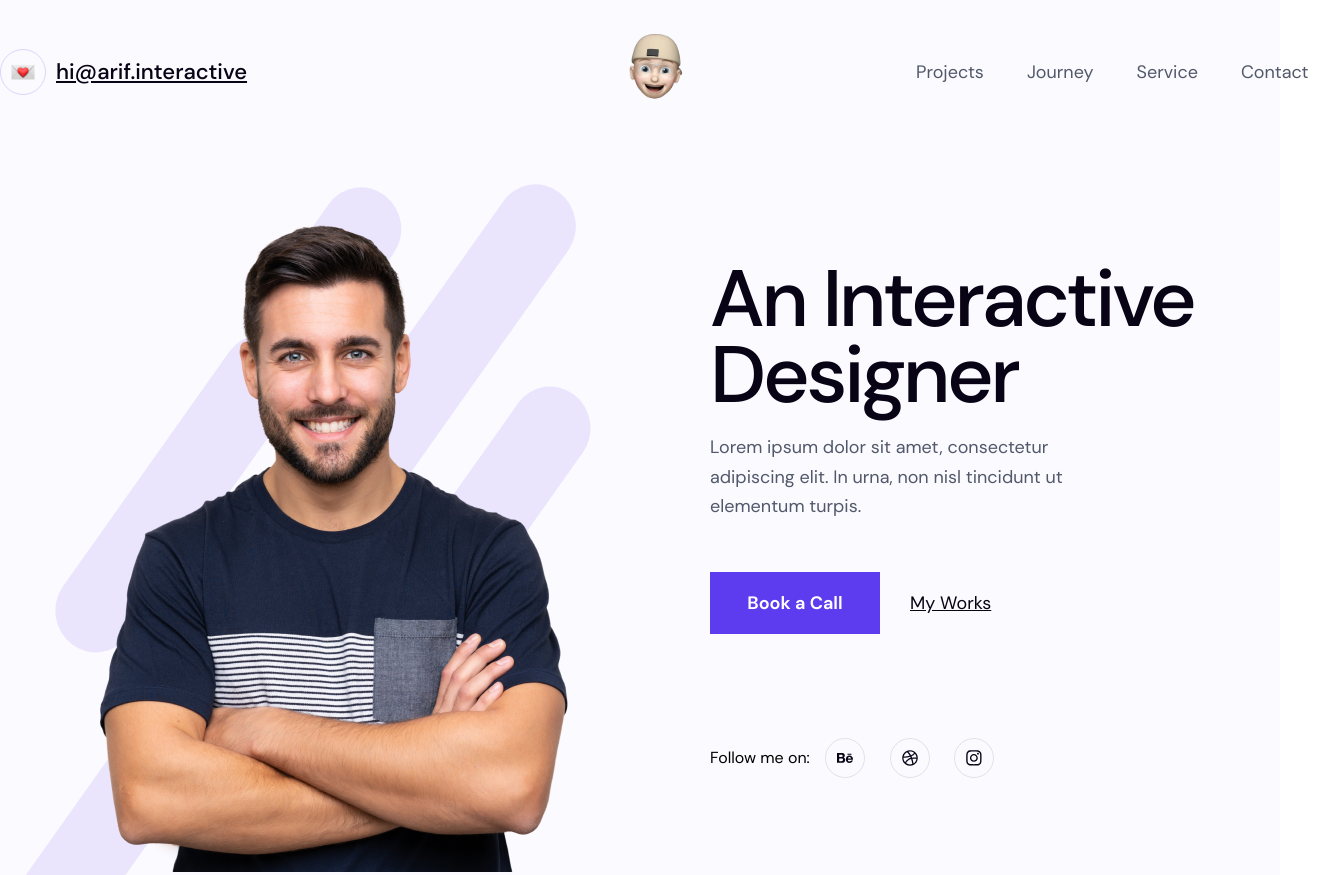
Repository: trantangtuan/project-06-grid-system12column-demo
Page: index.html
An editor plug-in stored every save of this project. The page is shown before and after the next save, followed by the edit.
The browser window is 1280 px wide. The page is 1330 px wide, so the pictures cover 1330 px, including what lies to the right of the window. The pictures show the whole page.

Above is the page before, as saved 2024-07-13 21:05:11.

After the next save:
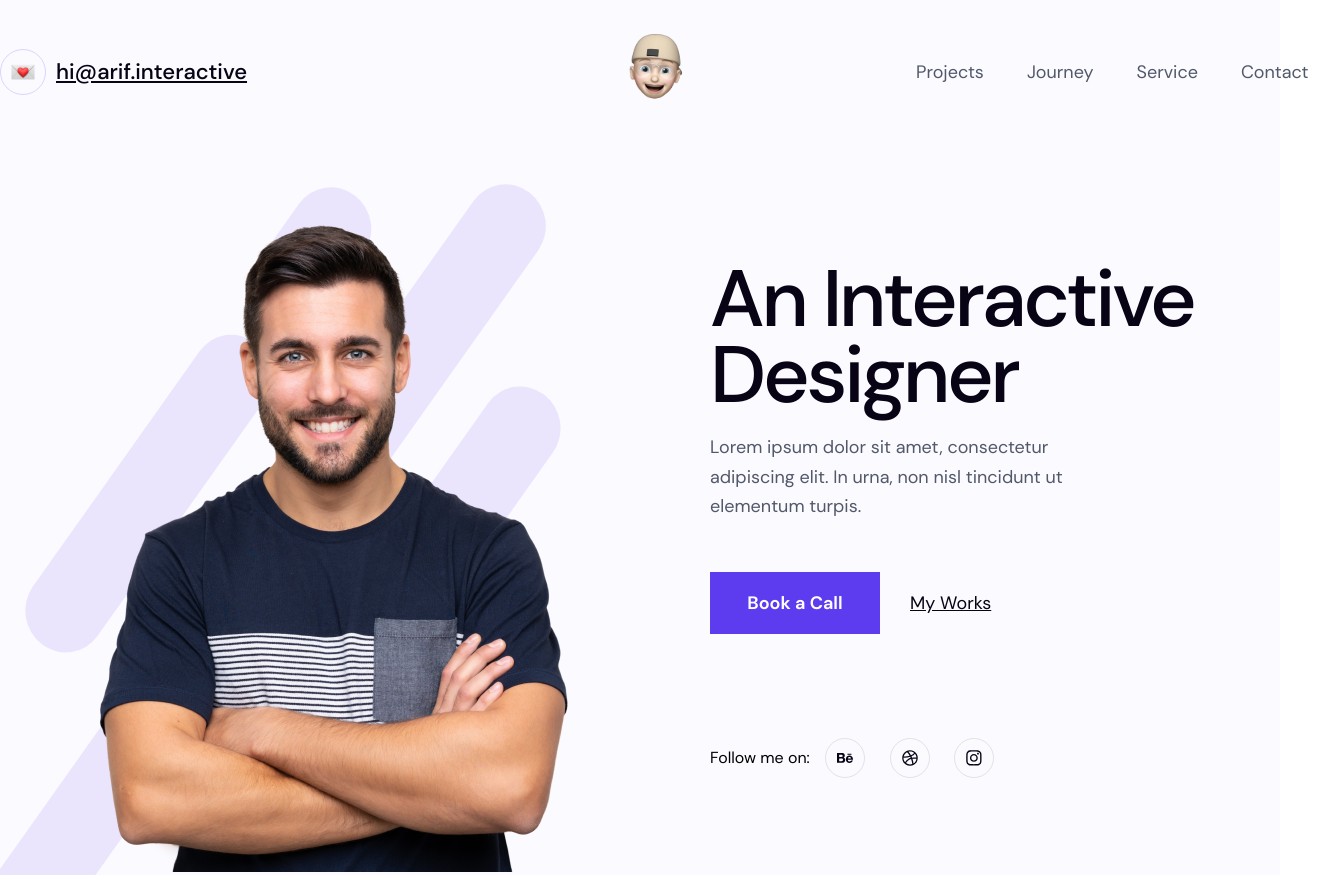
Saved 11 s later.
--- a/assets/css/style.css
+++ b/assets/css/style.css
@@ -132,7 +132,7 @@ a {
   position: absolute;
   z-index: -1;
   bottom: 0;
-  right: -200px;
+  right: -170px;
 }
 
 .hero__img {
